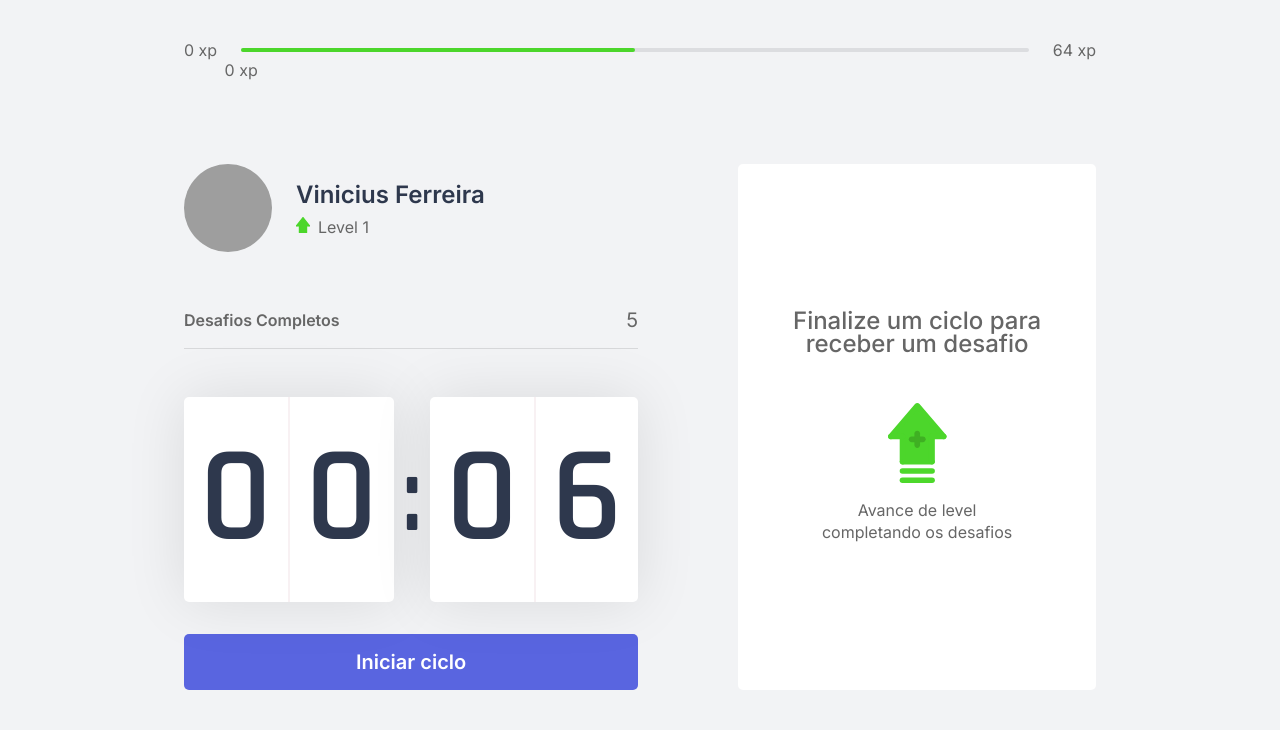
Repository: viniciusfg05/nlwFocus
Page: /
The author's editor kept a copy of each file at every save. The page is drawn from the files as they stood at one save, then again after the next save.
The browser window is 1280 px wide. The pictures show the whole page.
Pictures or frames that could not be fetched are drawn as grey boxes. The project was rebuilt for these pictures with package versions that can differ from the ones it lists, and the page was loaded fresh each time. The framework's server and built-in components were replaced by stand-ins that run in the browser.

Above is the page before, as saved 2022-02-28 15:13:48.

After the next save:
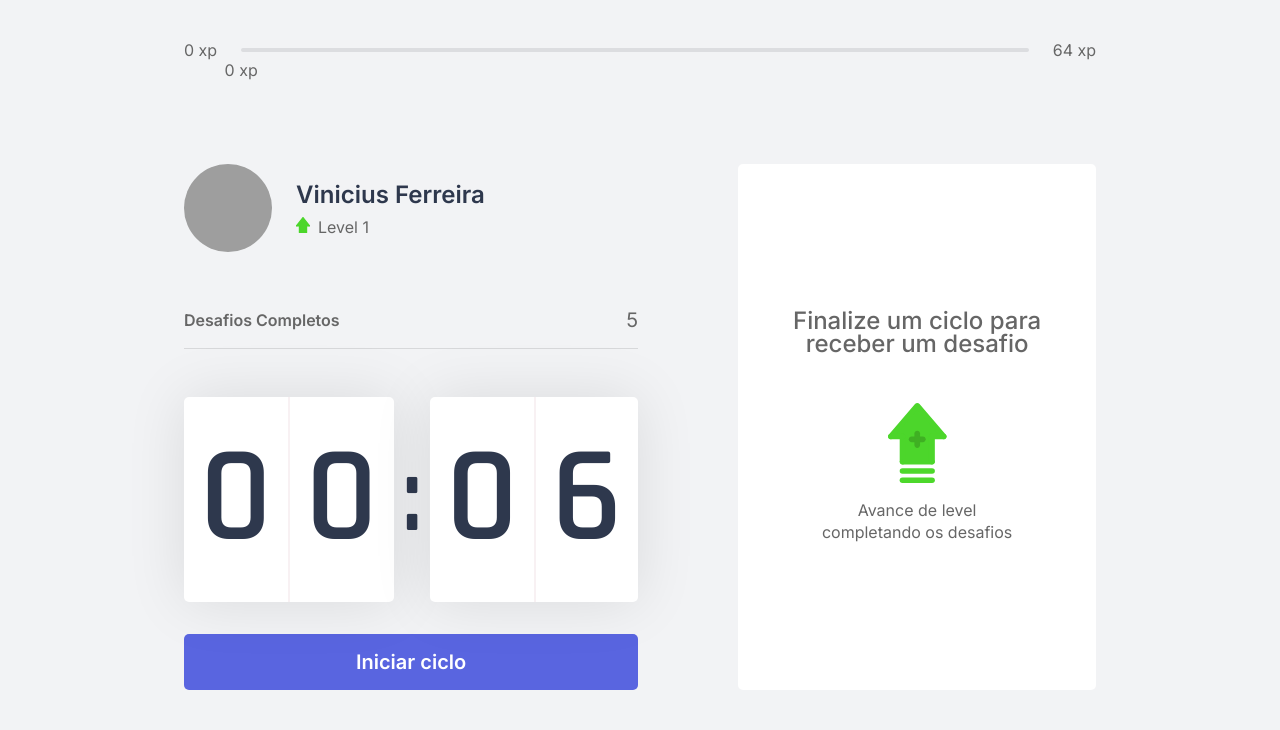
Saved 33 s later.
--- a/src/components/ExperinceBar.tsx
+++ b/src/components/ExperinceBar.tsx
@@ -11,7 +11,7 @@ export function ExperienceBar() {
         <header className={styles.experienceBar}>
             <span>0 xp</span>
                 <div>
-                    <div style={{ width: '50%',}}/>
+                    <div style={{ width: `${porcentalNextLevel}`,}}/>
 
                     <span className={styles.currentExperience} style={{ left: `${porcentalNextLevel}`}}>{currentExperience} xp</span>
                 </div>
